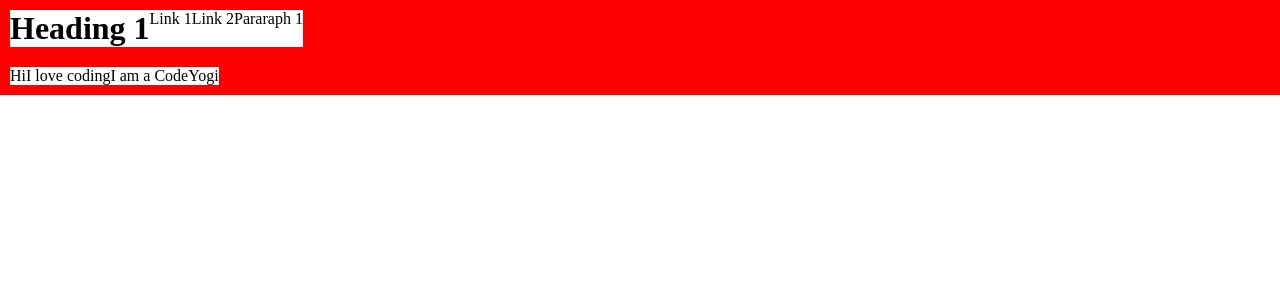
Repository: itz-mohanmadhav-18/Full-stack
Page: Html+css/day-3/flexbox.html
An editor plug-in stored every save of this project. The page is shown before and after the next save, followed by the edit.
The browser window is 1280 px wide. The pictures show the whole page.

Above is the page before, as saved 2024-06-14 12:52:24.

After the next save:
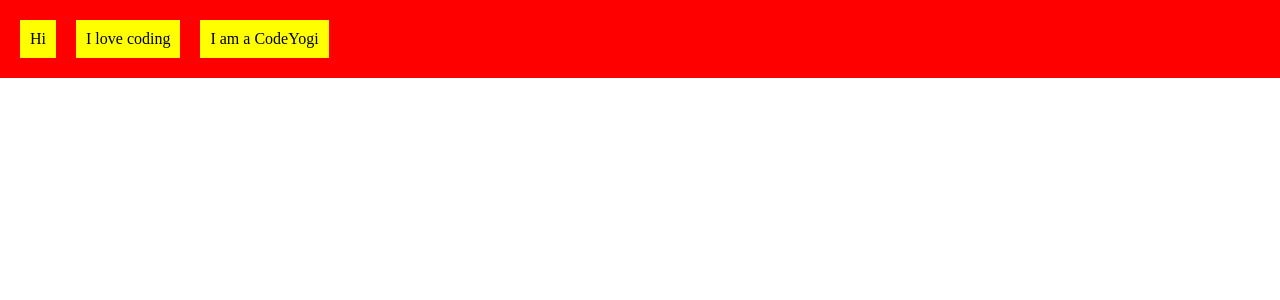
Saved 36 s later.
--- a/Html+css/day-3/flexbox.html
+++ b/Html+css/day-3/flexbox.html
@@ -7,12 +7,12 @@
     <title>Document</title>
   </head>
   <body>
-    <div>
+    <!-- <div>
       <h1>Heading 1</h1>
       <a>Link 1</a>
       <a>Link 2</a>
       <p>Pararaph 1</p>
-    </div>
+    </div> -->
     <div>
         <p>Hi</p>
         <p>I love coding</p>
--- a/Html+css/day-3/flexbox.css
+++ b/Html+css/day-3/flexbox.css
@@ -12,5 +12,7 @@ div{
 }
 
 p{
-
+    background: yellow;
+    margin: 10px;
+    padding: 10px;
 }
